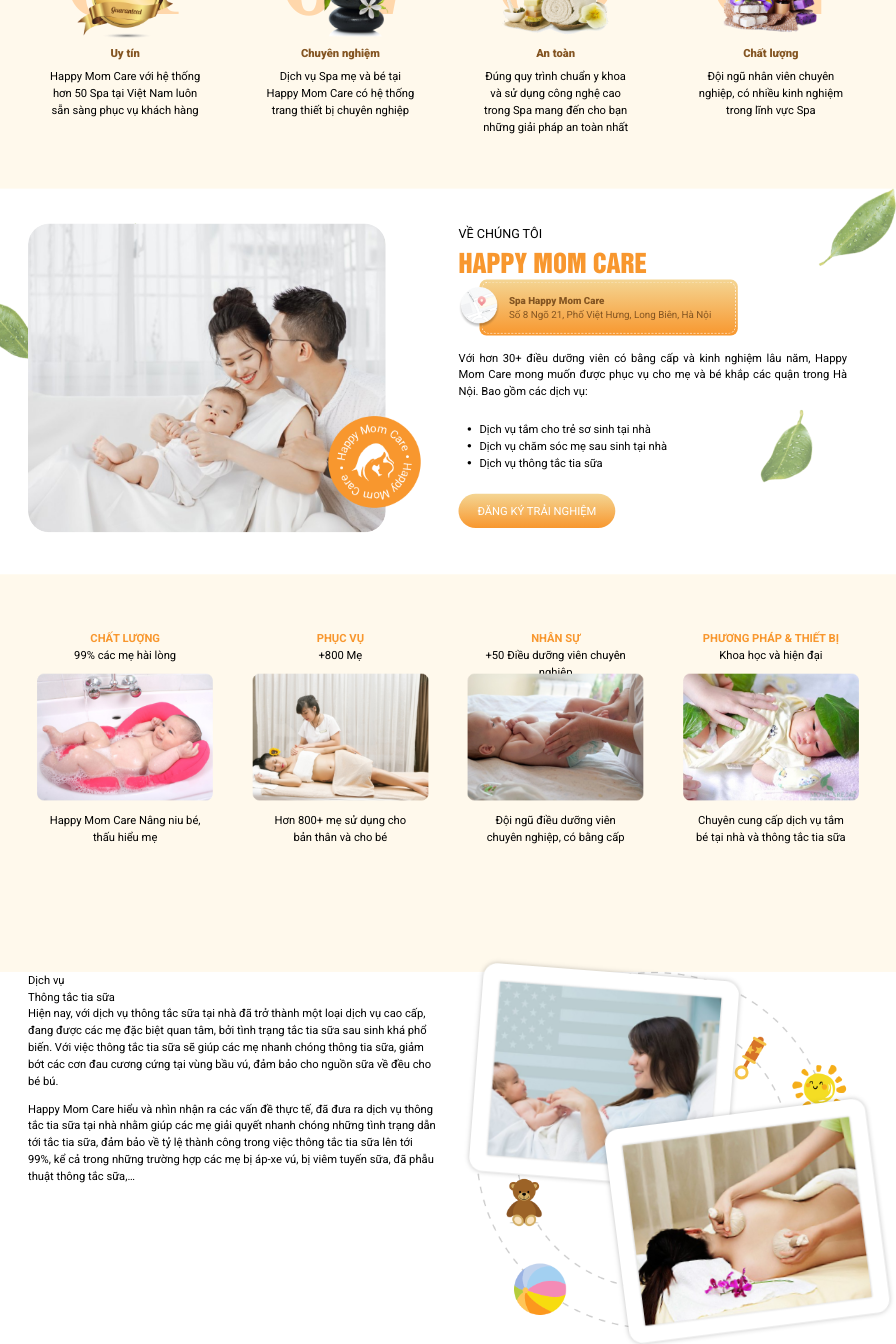
Repository: haianh12082001/happymom
Page: index.html
These files come from the project's save history. The page is drawn as it stood at one moment and after the next save; the edit follows.
The browser window is 1280 px wide. The pictures show the part of the page from y = 849 to 2769 px (the page is 2769 px tall), at 70% of full size.
Some web libraries are served in a nearby version. The style sheet was rebuilt from its Sass, Less or Tailwind sources for each picture, by a compiler version that may differ from the author's.

Above is the page before, as saved 2021-11-16 09:58:19.

### index.html
<!DOCTYPE html>
<html lang="en">
    <head>
        <meta charset="UTF-8" />
        <meta http-equiv="X-UA-Compatible" content="IE=edge" />
        <meta name="viewport" content="width=device-width, initial-scale=1.0" />
        <title>Document</title>
        <link href="https://fonts.googleapis.com/css2?family=Roboto:wght@300;400;500;700;900&display=swap" rel="stylesheet" />
        <link rel="stylesheet" href="./assets/fonts/fontawesome-free-5.15.3/css/all.min.css" />
        <link
            rel="stylesheet"
            href="https://cdn.jsdelivr.net/npm/bootstrap@4.6.0/dist/css/bootstrap.min.css"
            integrity="sha384-B0vP5xmATw1+K9KRQjQERJvTumQW0nPEzvF6L/Z6nronJ3oUOFUFpCjEUQouq2+l"
            crossorigin="anonymous"
        />
        <link rel="stylesheet" href="./assets/css/app.css" />
    </head>
    <body>
        <div class="topbar">
            <div class="topbar__container container">
                <div class="topbar__logo">
                    <img src="./assets/img/logo.png" alt="" />
                </div>
                <div class="topbar__openTime">
                    <div class="openTime__text">Giờ mở cửa</div>
                    <div class="openTime__time">8h00 - 16h00</div>
                </div>
                <div class="topbar__seach">
                    <input type="text" name="" id="" placeholder="Tìm kiếm" />
                    <button class="button__seach">
                        <i class="fas fa-search r"></i>
                    </button>
                </div>
                <div class="topbar__hotline">
                    <div class="hotline__icon">
                        <img src="./assets/img/icon__phone.png" alt="" />
                    </div>
                    <div class="hotline__text">
                        <p class="hotline__text--top">Hotline:</p>
                        <p class="hotline__text--bottom">0944 430 977</p>
                    </div>
                </div>
                <div class="topbar__book">
                    <div class="book__icon">
                        <i class="fas fa-calendar-alt"></i>
                    </div>
                    <p class="book__text">Đặt lịch hẹn</p>
                </div>
            </div>
        </div>
        <header class="header">
            <div class="header__container container">
                <ul class="header__list">
                    <li class="header__item">
                        <a href="#" class="header__link">Trang chủ</a>
                    </li>
                    <li class="header__item">
                        <a href="#" class="header__link">Giới thiệu</a>
                    </li>
                    <li class="header__item">
                        <a href="#" class="header__link">Dịch vụ</a>
                    </li>
                    <li class="header__item">
                        <a href="#" class="header__link">Khoá học</a>
                    </li>
                    <li class="header__item">
                        <a href="#" class="header__link">Hệ thống đại lý</a>
                    </li>
                    <li class="header__item">
                        <a href="#" class="header__link">Tin tức</a>
                    </li>
                    <li class="header__item">
                        <a href="#" class="header__link">Liên hệ</a>
                    </li>
                </ul>
                <ul class="header__social">
                    <li>
                        <a href="#">
                            <i class="fab fa-facebook-f"></i>
                        </a>
                    </li>
                    <li>
                        <a href="#">
                            <i class="fab fa-twitter"></i>
                        </a>
                    </li>
                    <li>
                        <a href="#">
                            <i class="fab fa-google-plus-g"></i>
                        </a>
                    </li>
                    <li>
                        <a href="#">
                            <i class="fab fa-skype"></i>
                        </a>
                    </li>
                </ul>
            </div>
        </header>
        <section class="banner">
            <div class="banner__content">
                <div class="banner__img">
                    <img src="./assets/img/banner/Rectangle 28.png" alt="" />
                </div>
                <!-- <div class="banner__phone">
                    <div class="icon">
                        <i class="fas fa-phone-alt"></i>
                    </div>
                    <div class="text">0944 430 977</div>
                </div> -->
            </div>
        </section>
        <section class="bannerAdv">
            <div class="bannerAdv__container container">
                <div class="row">
                    <div class="bannerAdv__item col-lg-3">
                        <div class="bannerAdv__item--top">
                            <div class="text">01</div>
                            <img src="./assets/img/bannerAdv/pngwing 6.png" alt="" />
                        </div>
                        <div class="bannerAdv__item--bottom">
                            <div class="name">Uy tín</div>
                            <p class="des">Happy Mom Care với hệ thống hơn 50 Spa tại Việt Nam luôn sẵn sàng phục vụ khách hàng</p>
                        </div>
                    </div>
                    <div class="bannerAdv__item col-lg-3">
                        <div class="bannerAdv__item--top">
                            <div class="text">02</div>
                            <img src="./assets/img/bannerAdv/pngwing 8.png" alt="" />
                        </div>
                        <div class="bannerAdv__item--bottom">
                            <div class="name">Chuyên nghiệm</div>
                            <p class="des">Dịch vụ Spa mẹ và bé tại Happy Mom Care có hệ thống trang thiết bị chuyên nghiệp</p>
                        </div>
                    </div>
                    <div class="bannerAdv__item col-lg-3">
                        <div class="bannerAdv__item--top">
                            <div class="text">03</div>
                            <img src="./assets/img/bannerAdv/pngwing 9.png" alt="" />
                        </div>
                        <div class="bannerAdv__item--bottom">
                            <div class="name">An toàn</div>
                            <p class="des">Đúng quy trình chuẩn y khoa và sử dụng công nghệ cao trong Spa mang đến cho bạn những giải pháp an toàn nhất</p>
                        </div>
                    </div>
                    <div class="bannerAdv__item col-lg-3">
                        <div class="bannerAdv__item--top">
                            <div class="text">04</div>
                            <img src="./assets/img/bannerAdv/pngwing 10.png" alt="" />
                        </div>
                        <div class="bannerAdv__item--bottom">
                            <div class="name">Chất lượng</div>
                            <p class="des">Đội ngũ nhân viên chuyên nghiệp, có nhiều kinh nghiệm trong lĩnh vực Spa</p>
                        </div>
                    </div>
                </div>
            </div>
        </section>
        <section class="introduce">
            <div class="introduce__container container">
                <div class="row">
                    <div class="col-lg-6">
                        <div class="introduce__img">
                            <img src="./assets/img/Rectangle 33.png" alt="" />
                        </div>
                    </div>
                    <div class="col-lg-6">
                        <div class="introduce__heading">Về chúng tôi</div>
                        <div class="introduce__name">Happy mom care</div>
                        <div class="introduce__address">
                            <div class="introduce__address--img">
                                <img src="./assets/img/Ellipse 29.png" alt="" />
                            </div>
                            <div class="introduce__address--text">
                                <p>Spa Happy Mom Care</p>
                                <span>Số 8 Ngõ 21, Phố Việt Hưng, Long Biên, Hà Nội</span>
                            </div>
                        </div>
                        <div class="introduce__text">
                            <p>
                                Với hơn 30+ điều dưỡng viên có bằng cấp và kinh nghiệm lâu năm, Happy Mom Care mong muốn được phục vụ cho mẹ và bé khắp các quận
                                trong Hà Nội. Bao gồm các dịch vụ:
                            </p>
                            <ul class="text__list">
                                <li>Dịch vụ tắm cho trẻ sơ sinh tại nhà</li>
                                <li>Dịch vụ chăm sóc mẹ sau sinh tại nhà</li>
                                <li>Dịch vụ thông tắc tia sữa</li>
                            </ul>
                        </div>
                        <div class="introduce__btn">
                            <a href="">Đăng ký trải nghiệm</a>
                        </div>
                    </div>
                </div>
            </div>
        </section>
        <section class="blog">
            <div class="blog__container container">
                <div class="row">
                    <div class="blog__item col-lg-3">
                        <div class="blog__name">Chất lượng</div>
                        <div class="blog__subname">99% các mẹ hài lòng</div>
                        <div class="blog__img">
                            <img src="./assets/img/blog/Rectangle 35 (3).png" alt="" />
                        </div>
                        <div class="blog__des">Happy Mom Care Nâng niu bé, thấu hiểu mẹ</div>
                        <div class="blog__btn btn">
                            <a href="">Tìm hiểu thêm</a>
                            <img class="blog__btn--img" src="./assets/img/blog/plant 1.png" alt="" />
                        </div>
                    </div>
                    <div class="blog__item col-lg-3">
                        <div class="blog__name">Phục vụ</div>
                        <div class="blog__subname">+800 Mẹ</div>
                        <div class="blog__img">
                            <img src="./assets/img/blog/Rectangle 35 (4).png" alt="" />
                        </div>
                        <div class="blog__des">Hơn 800+ mẹ sử dụng cho bản thân và cho bé</div>
                        <div class="blog__btn btn">
                            <a href="">Tìm hiểu thêm</a>
                            <img class="blog__btn--img" src="./assets/img/blog/plant 1.png" alt="" />
                        </div>
                    </div>
                    <div class="blog__item col-lg-3">
                        <div class="blog__name">Nhân sự</div>
                        <div class="blog__subname">+50 Điều dưỡng viên chuyên nghiệp</div>
                        <div class="blog__img">
                            <img src="./assets/img/blog/Rectangle 35 (5).png" alt="" />
                        </div>
                        <div class="blog__des">Đội ngũ điều dưỡng viên chuyên nghiệp, có bằng cấp</div>
                        <div class="blog__btn btn">
                            <a href="">Tìm hiểu thêm</a>
                            <img class="blog__btn--img" src="./assets/img/blog/plant 1.png" alt="" />
                        </div>
                    </div>
                    <div class="blog__item col-lg-3">
                        <div class="blog__name">PHƯƠNG PHÁP & THIẾT BỊ</div>
                        <div class="blog__subname">Khoa học và hiện đại</div>
                        <div class="blog__img">
                            <img src="./assets/img/blog/Rectangle 35 (6).png" alt="" />
                        </div>
                        <div class="blog__des">Chuyên cung cấp dịch vụ tắm bé tại nhà và thông tắc tia sữa</div>
                        <div class="blog__btn btn">
                            <a href="">Tìm hiểu thêm</a>
                            <img class="blog__btn--img" src="./assets/img/blog/plant 1.png" alt="" />
                        </div>
                    </div>
                </div>
            </div>
        </section>
        <seaction class="serviceOne">
            <div class="serviceOne__container container">
                <div class="row">
                    <div class="col-lg-6 serviceOne__left">
                        <div class="service__title">Dịch vụ</div>
                        <div class="service__name">Thông tắc tia sữa</div>
                        <p>
                            Hiện nay, với dịch vụ thông tắc sữa tại nhà đã trở thành một loại dịch vụ cao cấp, đang được các mẹ đặc biệt quan tâm, bởi tình
                            trạng tắc tia sữa sau sinh khá phổ biến. Với việc thông tắc tia sữa sẽ giúp các mẹ nhanh chóng thông tia sữa, giảm bớt các cơn đau
                            cương cứng tại vùng bầu vú, đảm bảo cho nguồn sữa về đều cho bé bú.
                        </p>
                        <p>
                            Happy Mom Care hiểu và nhìn nhận ra các vấn đề thực tế, đã đưa ra dịch vụ thông tắc tia sữa tại nhà nhằm giúp các mẹ giải quyết
                            nhanh chóng những tình trạng dẫn tới tắc tia sữa, đảm bảo về tỷ lệ thành công trong việc thông tắc tia sữa lên tới 99%, kể cả trong
                            những trường hợp các mẹ bị áp-xe vú, bị viêm tuyến sữa, đã phẫu thuật thông tắc sữa,…
                        </p>
                    </div>
                    <div class="col-lg-6 serviceOne__right">
                        <div class="bigCircle__img">
                            <img src="./assets/img/serviceOne/Group 392.png" alt="" />
                        </div>
                        <div class="serviceOne__img--top">
                            <img src="./assets/img/serviceOne/Rectangle 37 (1).png" alt="" />
                        </div>
                        <div class="serviceOne__img--bottom">
                            <img src="./assets/img/serviceOne/Rectangle 38 (1).png" alt="" />
                        </div>
                    </div>
                </div>
            </div>
        </seaction>
        <script type="text/javascript" src="https://code.jquery.com/jquery-1.11.0.min.js"></script>
        <script type="text/javascript" src="https://code.jquery.com/jquery-migrate-1.2.1.min.js"></script>
        <script
            src="https://cdnjs.cloudflare.com/ajax/libs/bootstrap/4.6.0/js/bootstrap.min.js"
            integrity="sha512-XKa9Hemdy1Ui3KSGgJdgMyYlUg1gM+QhL6cnlyTe2qzMCYm4nAZ1PsVerQzTTXzonUR+dmswHqgJPuwCq1MaAg=="
            crossorigin="anonymous"
            referrerpolicy="no-referrer"
        ></script>
        <script type="text/javascript" src="https://cdn.jsdelivr.net/npm/slick-carousel@1.8.1/slick/slick.min.js"></script>
        <script src="./assets/js/main.js"></script>
    </body>
</html>

### assets/sass/app.scss
@import "variables";
@import "reset";
@import "global";
@import "topbar";
@import "header";
@import "banner";
@import "bannerAdv";
@import "introduce";
@import "blog";
@import "service";

### assets/sass/_variables.scss
$font-family: "Roboto", sans-serif;
$color-global: #f8972e;
$text-color: #000000;

### assets/sass/_reset.scss
html {
    box-sizing: border-box;
    scroll-behavior: smooth;
}
* {
    margin: 0;
    padding: 0;
}
*,
*:before,
*:after {
    box-sizing: border-box;
}
input,
textarea,
select,
button {
    outline: none;
}
input {
    line-height: normal;
    outline: none;
    box-shadow: none;
}
input:focus {
    outline: 0;
    border: none;
    box-shadow: none;
}
ul,
li {
    margin: 0;
    padding: 0;
    list-style: none;
}
label,
button {
    cursor: pointer;
}
a {
    text-decoration: none;
    &:hover {
        text-decoration: none;
    }
}
img {
    display: block;
    max-width: 100%;
}

### assets/sass/_global.scss
@font-face {
    font-family: "UTM";
    font-display: swap;
    src: url("../fonts/word/UTM\ HelvetIns.ttf") format("truetype");
}
@font-face {
    font-family: "Time";
    font-display: swap;
    src: url("../fonts/word/timesbd.ttf") format("truetype");
}
body {
    font-family: $font-family;
    margin: 0;
    padding: 0;
    width: 100%;
    font-size: 16px;
    color: $text-color;
}
.container {
    max-width: 1230px;
    margin: 0 auto;
    padding: 0 15px;
}

### assets/sass/_topbar.scss
.topbar {
    height: 93px;
    display: flex;
    align-items: center;
    &__container {
        display: flex;
        align-items: center;
        justify-content: space-between;
    }
    &__logo {
        img {
            max-width: 229px;
            max-height: 84px;
            object-fit: cover;
        }
    }
    &__openTime {
        color: #424242;
        text-align: right;
        .openTime__text {
            font-size: 14px;
            font-weight: 400;
        }
        .openTime__time {
            font-weight: 700;
        }
    }
    &__seach {
        position: relative;
        input {
            width: 340px;
            max-width: 340px;
            background: #f1f2f2;
            padding: 12px 16px;
            font-size: 14px;
            color: #7f808c;
            border: none;
            border-radius: 101px;
        }
        .button__seach {
            position: absolute;
            top: 50%;
            right: 0;
            transform: translateY(-50%);
            border: none;
            width: 36px;
            height: 40px;
            border-radius: 0px 101px 101px 0px;
            background: $color-global;
            i {
                font-size: 15px;
                color: #fff;
            }
        }
    }
    &__hotline {
        background: linear-gradient(180deg, #f4d593 0%, #f8972e 100%);
        border-radius: 50px;
        padding: 6px 24px;
        display: flex;
        .hotline__icon {
            display: flex;
            align-items: center;
            margin-right: 9px;
        }
        .hotline__text {
            p {
                margin-bottom: 0;
                color: #fff;
            }
            &--top {
                font-size: 14px;
                font-weight: 400;
            }
            &--bottom {
                font-weight: 700;
            }
        }
    }
    &__book {
        display: flex;
        align-items: center;
        padding: 17px 31px;
        color: #8b8b8b;
        background: #ebebec;
        border-radius: 100px;
        .book__icon {
            margin-right: 8px;
        }
        .book__text {
            margin-bottom: 0;
            font-weight: 700;
        }
    }
}

### assets/sass/_header.scss
.header {
    // height: 59px;
    background: $color-global;
    &__container {
        display: flex;
        justify-content: space-between;
        align-items: center;
    }
    &__list {
        display: flex;
        justify-content: space-between;
        text-transform: uppercase;
        align-items: center;
        // column-gap: 66px;
    }
    &__item {
        margin-left: 66px;
        padding: 16px 0;
        &:first-child {
            margin-left: 0;
        }
    }
    &__link {
        color: #fff;
        font-weight: 500;
    }
    &__social {
        display: flex;
        align-items: center;
        li {
            width: 31px;
            height: 31px;
            background: #fff;
            border-radius: 50%;
            margin-left: 8px;
            i {
                display: flex;
                height: 100%;
                justify-content: center;
                align-items: center;
            }
        }
    }
}

### assets/sass/_banner.scss
.banner {
    position: relative;
    &__img img {
        width: 100%;
        max-height: 598px;
    }
    &__phone {
        color: #845522;
        display: flex;
        .text {
            font-family: "UTM";
        }
    }
}

### assets/sass/_bannerAdv.scss
.bannerAdv {
    background: #fff9ec;
    padding: 25px 0 60px;
    &__container {
    }
    &__item {
        padding: 0px 46px;
        display: flex;
        flex-direction: column;
        align-items: center;
        &--top {
            position: relative;
            display: inline-block;
            max-width: 180px;
            height: 207px;

            .text {
                color: #ffd7ab;
                font-size: 180px;
                font-weight: 700;
                font-family: "Time";
                line-height: 206px;
            }
            img {
                position: absolute;
                bottom: 10px;
                left: 50%;
                transform: translateX(-50%);
            }
        }
        &--bottom {
            text-align: center;
            .name {
                color: #845522;
                margin-bottom: 9px;
                font-weight: 900;
            }
        }
    }
}

### assets/sass/_blog.scss
.blog {
    padding-top: 40px;
    padding-bottom: 60px;
    background: #fff9ec;
    &__item {
        padding: 40px 28px 55px 28px;
    }
    &__name {
        text-align: center;
        text-transform: uppercase;
        color: $color-global;
        font-weight: 700;
    }
    &__subname {
        text-align: center;
        // margin-bottom: 13px;
        height: 38px;
    }
    &__des {
        text-align: center;
        padding: 17px;
        display: -webkit-box;
        -webkit-line-clamp: 2;
        -webkit-box-orient: vertical;
        overflow: hidden;
        text-overflow: ellipsis;
        word-break: break-word;
        // height: 59px;
    }
    &__btn {
        text-align: center;
        margin-top: 10px;
        position: relative;
        display: inherit;
        visibility: hidden;
        a {
            padding: 15px 28px 11px 28px;
            background: linear-gradient(180deg, #f4d593 0%, #f8972e 100%);
            border-radius: 50px;
            text-transform: uppercase;
            color: #fff;
            font-weight: 500;
            box-shadow: 0 3px 0px rgba($color: #c2611c, $alpha: 1);
        }
        &--img {
            position: absolute;
            bottom: 0;
            right: 0;
            transform: translateX(25%);
        }
    }
    &__item:hover {
        box-shadow: 0px 0px 20px rgba(239, 206, 168, 0.5);
        border-radius: 20px;
        .blog__btn {
            visibility: initial;
        }
    }
}

### assets/sass/_service.scss
.service {
}
.serviceOne {
    &__right {
        padding: 0 40px;
        position: relative;
    }
    &__img--top {
        position: absolute;
        top: 0;
        padding: 20px;
        filter: drop-shadow(0px 0px 4px rgba(0, 0, 0, 0.25));
        transform: rotate(4.47deg);
        border-radius: 20px;
        background: #fff;
        img {
            width: 326px;
            height: 258px;
        }
    }
    &__img--bottom {
        position: absolute;
        bottom: 0;
        right: 0;
        padding: 20px;
        filter: drop-shadow(0px 0px 4px rgba(0, 0, 0, 0.25));
        transform: rotate(-7.32deg);
        border-radius: 20px;
        background: #fff;
    }
}

Loaded but not shown: assets/fonts/fontawesome-free-5.15.3/css/all.min.css (library); assets/sass/_introduce.scss (117 lines, source omitted); assets/js/main.js (no copy from this time; the picture is the same without it)

After the next save:
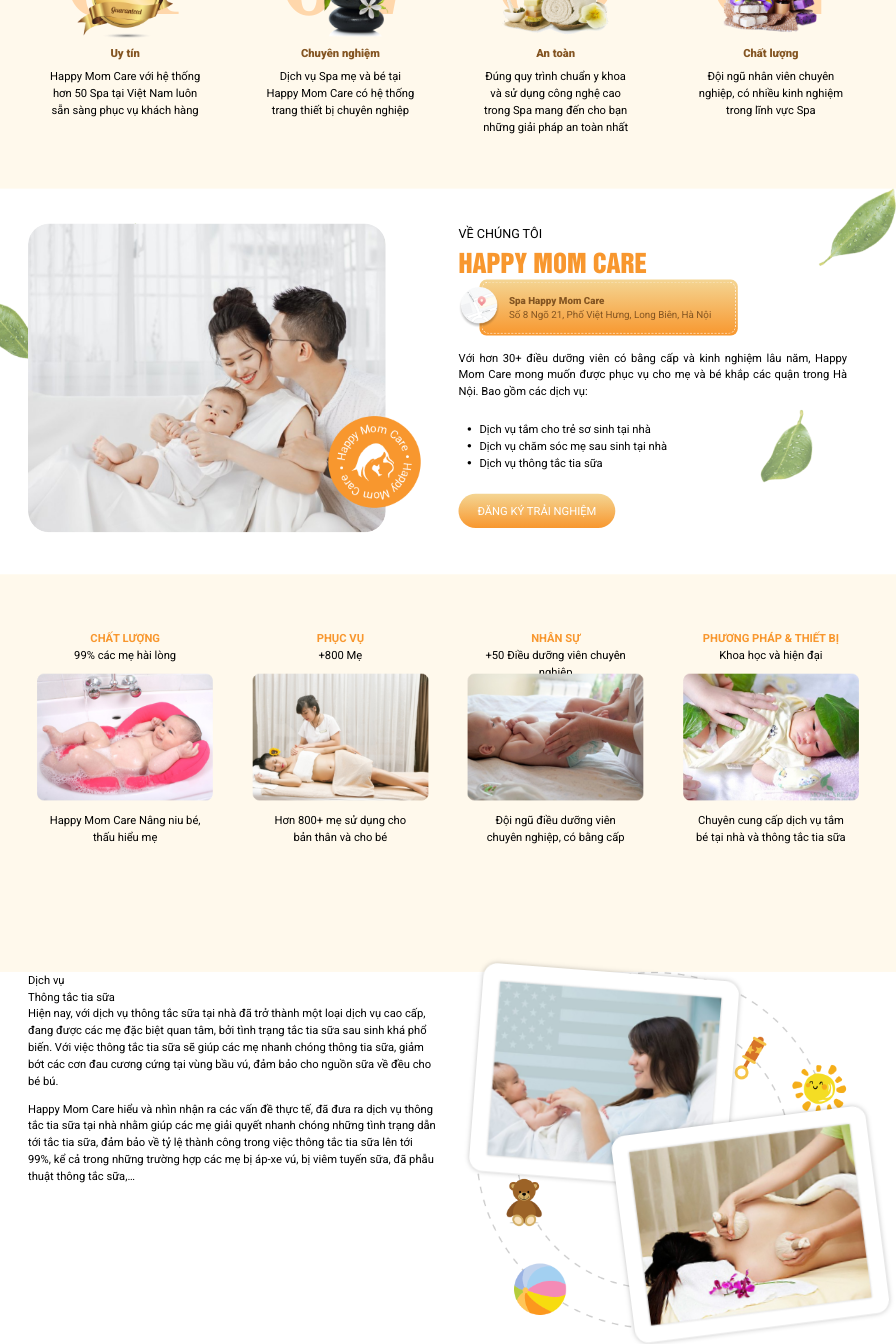
Saved 18 s later.
--- a/assets/sass/_service.scss
+++ b/assets/sass/_service.scss
@@ -27,5 +27,9 @@
         transform: rotate(-7.32deg);
         border-radius: 20px;
         background: #fff;
+        img {
+            width: 326px;
+            height: 258px;
+        }
     }
 }
